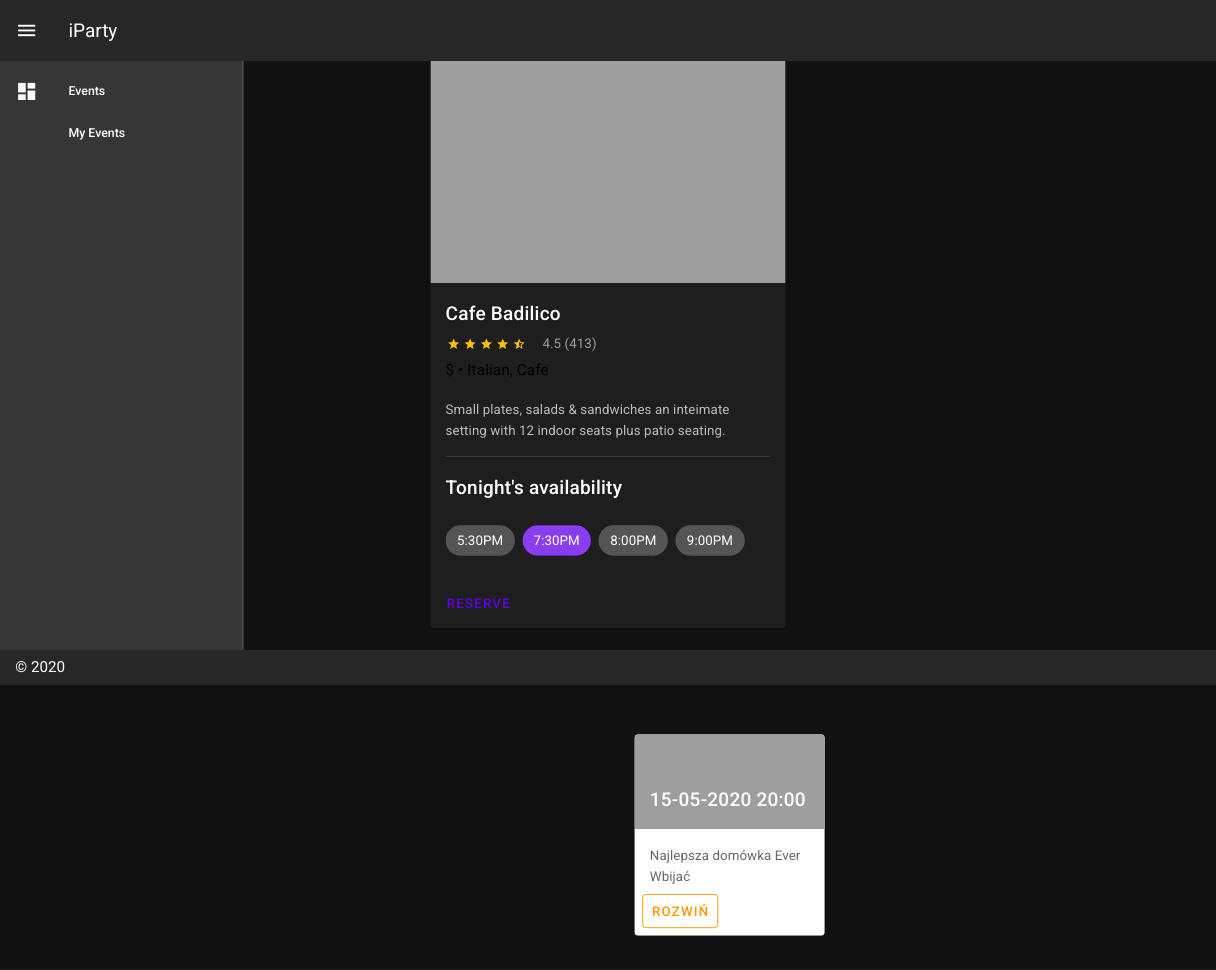
Repository: hexanek/partyapp
Page: /, after clicking the first element matching `button.v-btn--outlined`
An editor plug-in stored every save of this project. The page is shown before and after the next save, followed by the edit.
The browser window is 1280 px wide. The pictures show the whole page, at 95% of full size.
Pictures or frames that could not be fetched are drawn as grey boxes. The project was rebuilt for these pictures with package versions that can differ from the ones it lists, and the page was loaded fresh each time. Also part of the build but not shown: vue.config.js.

Above is the page before, as saved 2020-01-24 20:49:50.

### public/index.html
<!DOCTYPE html>
<html lang="en">
  <head>
    <meta charset="utf-8">
    <meta http-equiv="X-UA-Compatible" content="IE=edge">
    <meta name="viewport" content="width=device-width,initial-scale=1.0">
    <link rel="icon" href="<%= BASE_URL %>favicon.ico">
    <title>party-app</title>
    <link rel="stylesheet" href="https://fonts.googleapis.com/css?family=Roboto:100,300,400,500,700,900">
    <link rel="stylesheet" href="https://cdn.jsdelivr.net/npm/@mdi/font@latest/css/materialdesignicons.min.css">
  </head>
  <body>
    <noscript>
      <strong>We're sorry but party-app doesn't work properly without JavaScript enabled. Please enable it to continue.</strong>
    </noscript>
    <div id="app"></div>
    <!-- built files will be auto injected -->
  </body>
</html>

### src/main.js
import Vue from 'vue'
import App from './App.vue'
import vuetify from './plugins/vuetify';
import store from './store'
import router from './router'

Vue.config.productionTip = false

new Vue({
  vuetify,
  store,
  router,
  render: h => h(App)
}).$mount('#app')

### src/App.vue
<template>
  <v-app>
    <navbar></navbar>
    <popup-details
        v-if="details"
        ></popup-details>
    <v-content>
      <v-responsive>

      <gmap
      @clickshow = "showDetails"
      >
      </gmap>

      </v-responsive>
      </v-content>
    <Footer></Footer>
  </v-app>
</template>

<script>
import Navbar from "./components/Navbar";
import Footer from "./components/Footer";
import Gmap from "./components/Gmap";
import PopupDetails from "./components/PopupDetails";

export default {
  name: "App",

  components: {
    Navbar,
    Footer,
    Gmap,
    PopupDetails
  },

  data: () => ({
    details: false
    //
  }),
  methods: {
    showDetails: function() {
      this.details = !this.details;
    }
  }
};
</script>

### src/plugins/vuetify.js
import Vue from 'vue';
import Vuetify from 'vuetify/lib';
import VueRouter from 'vue-router'
import * as VueGoogleMaps from 'vue2-google-maps'


Vue.use(Vuetify);
Vue.use(VueRouter);
Vue.use(VueGoogleMaps, {
    load: {
        key: 'AIzaSyB6QzBesMB_MjqmuZF1p7hpCl8gg4kMEy8',
        libraries: 'places'
    }
})

export default new Vuetify({
    theme: {
        dark: true
    }
});

### src/router/index.js
import Vue from 'vue'
import VueRouter from 'vue-router'


Vue.use(VueRouter)

const routes = [
  {
    path: '/',
    name: 'home',

  },
  {
    path: '/about',
    name: 'about',
    // route level code-splitting
    // this generates a separate chunk (about.[hash].js) for this route
    // which is lazy-loaded when the route is visited.
    //component: () => import(/* webpackChunkName: "about" */ '../views/About.vue')
  }
]

const router = new VueRouter({
  routes
})

export default router

### src/components/Navbar.vue
<template>
    <div>
        <v-navigation-drawer
      v-model="drawer"
      app
      clipped
    >
      <v-list dense>
        <v-list-item link>
          <v-list-item-action>
            <v-icon>mdi-view-dashboard</v-icon>
          </v-list-item-action>
          <v-list-item-content>
            <v-list-item-title>Events</v-list-item-title>
          </v-list-item-content>
        </v-list-item>
        <v-list-item link>
          <v-list-item-action>
            <v-icon>mdi-settings</v-icon>
          </v-list-item-action>
          <v-list-item-content>
            <v-list-item-title>My Events</v-list-item-title>
          </v-list-item-content>
        </v-list-item>
      </v-list>
    </v-navigation-drawer>
     <v-app-bar
      flat
      app
      clipped-left
    >
      <v-app-bar-nav-icon @click.stop="drawer = !drawer" />
      <v-toolbar-title>iParty</v-toolbar-title>

    </v-app-bar>
    </div>
</template>

<script>
export default {
  name: "Navbar",
  data: () => ({
    drawer: null
  })
};
</script>

<style lang="scss" scoped>
</style>

### src/components/Footer.vue
<template>
    <div>
        <v-footer app>
            <span>&copy; 2020</span>
        </v-footer>
    </div>
</template>

<script>
    export default {
        name: 'Footer',

        data: () => ({

        })
    }
</script>

<style lang="scss" scoped>

</style>

### src/components/Gmap.vue
<template>
  <div>
    <GmapMap
      :center="start"
      :zoom="10"
      map-type-id="roadmap"
      style="width: 100vw; height: 90vh"
      v-bind:options="mapStyle"
    >
      <gmap-info-window
        :options="infoOptions"
        :position="infoPosition"
        :opened="infoOpened"
        @closeclick="infoOpened = false"
      >
       <popup
       @clickshow="showdetails"
       ></popup>
      </gmap-info-window>
      <GmapMarker
        :key="key"
        v-for="(item, key) in coordinates"
        :position="getPosition(item)"
        :clickable="true"
        @click="toggleInfo(item, key)"
      />
    </GmapMap>
    <!-- <popup-details
    v-if="this.details"
    ></popup-details> -->
  </div>
</template>

<script>
import Popup from "./Popup";

export default {
  name: "Gmap",
  components: {
    Popup
  },
  data: () => ({
    start: {
      lat: 54.51889,
      lng: 18.53188
    },
    coordinates: {
      0: {
        party: "Domowka",
        lat: 54.291,
        lng: 18.341
      },
      1: {
        party: "Klub",
        lat: 54.111,
        lng: 18.1
      }
    },
    infoPosition: null,
    infoContent: null,
    infoOpened: false,
    infoCurrentKey: null,
    infoOptions: {
      pixelOffset: {
        width: 0,
        height: -35
      }
    },
    mapStyle: {
      styles: [
        { elementType: "geometry", stylers: [{ color: "#242f3e" }] },
        { elementType: "labels.text.stroke", stylers: [{ color: "#242f3e" }] },
        { elementType: "labels.text.fill", stylers: [{ color: "#746855" }] },
        {
          featureType: "administrative.locality",
          elementType: "labels.text.fill",
          stylers: [{ color: "#d59563" }]
        },
        {
          featureType: "poi",
          elementType: "labels.text.fill",
          stylers: [{ color: "#d59563" }]
        },
        {
          featureType: "poi.park",
          elementType: "geometry",
          stylers: [{ color: "#263c3f" }]
        },
        {
          featureType: "poi.park",
          elementType: "labels.text.fill",
          stylers: [{ color: "#6b9a76" }]
        },
        {
          featureType: "road",
          elementType: "geometry",
          stylers: [{ color: "#38414e" }]
        },
        {
          featureType: "road",
          elementType: "geometry.stroke",
          stylers: [{ color: "#212a37" }]
        },
        {
          featureType: "road",
          elementType: "labels.text.fill",
          stylers: [{ color: "#9ca5b3" }]
        },
        {
          featureType: "road.highway",
          elementType: "geometry",
          stylers: [{ color: "#746855" }]
        },
        {
          featureType: "road.highway",
          elementType: "geometry.stroke",
          stylers: [{ color: "#1f2835" }]
        },
        {
          featureType: "road.highway",
          elementType: "labels.text.fill",
          stylers: [{ color: "#f3d19c" }]
        },
        {
          featureType: "transit",
          elementType: "geometry",
          stylers: [{ color: "#2f3948" }]
        },
        {
          featureType: "transit.station",
          elementType: "labels.text.fill",
          stylers: [{ color: "#d59563" }]
        },
        {
          featureType: "water",
          elementType: "geometry",
          stylers: [{ color: "#17263c" }]
        },
        {
          featureType: "water",
          elementType: "labels.text.fill",
          stylers: [{ color: "#515c6d" }]
        },
        {
          featureType: "water",
          elementType: "labels.text.stroke",
          stylers: [{ color: "#17263c" }]
        }
      ]
    }
  }),
  methods: {
    getPosition: function(marker) {
      return {
        lat: parseFloat(marker.lat),
        lng: parseFloat(marker.lng)
      };
    },
    toggleInfo: function(marker, key) {
      this.infoPosition = this.getPosition(marker);
      this.infoContent = marker.party;
      if (this.infoCurrentKey === key) {
        this.infoOpened = !this.infoOpened;
      } else {
        this.infoOpened = true;
        this.infoCurrentKey = key;
      }
    },
    showdetails: function() {
      this.$emit("clickshow");
    }
  }
};
</script>

<style lang="scss" scoped></style>

### src/components/PopupDetails.vue
<template>
    <div>
        <v-card
    :loading="loading"
    class="mx-auto my-12 pos"
    max-width="374"
  >
    <v-img
      height="250"
      src="https://cdn.vuetifyjs.com/images/cards/cooking.png"
    ></v-img>

    <v-card-title>Cafe Badilico</v-card-title>

    <v-card-text>
      <v-row
        align="center"
        class="mx-0"
      >
        <v-rating
          :value="4.5"
          color="amber"
          dense
          half-increments
          readonly
          size="14"
        ></v-rating>

        <div class="grey--text ml-4">4.5 (413)</div>
      </v-row>

      <div class="my-4 subtitle-1 black--text">
        $ • Italian, Cafe
      </div>

      <div>Small plates, salads & sandwiches an inteimate setting with 12 indoor seats plus patio seating.</div>
    </v-card-text>

    <v-divider class="mx-4"></v-divider>

    <v-card-title>Tonight's availability</v-card-title>

    <v-card-text>
      <v-chip-group
        v-model="selection"
        active-class="deep-purple accent-4 white--text"
        column
      >
        <v-chip>5:30PM</v-chip>

        <v-chip>7:30PM</v-chip>

        <v-chip>8:00PM</v-chip>

        <v-chip>9:00PM</v-chip>
      </v-chip-group>
    </v-card-text>

    <v-card-actions>
      <v-btn
        color="deep-purple accent-4"
        text
        @click="reserve"
      >
        Reserve
      </v-btn>
    </v-card-actions>
  </v-card>
    </div>
</template>

<script>
export default {
  name: "PopupDetails",

  data: () => ({
    loading: false,
    selection: 1
  }),
  methods: {
    reserve: function() {
      this.loading = true;
      setTimeout(() => (this.loading = false), 2000);
    }
  }
};
</script>

<style lang="scss" scoped>
.pos ::-ms-ticks-after {
  position: absolute;
}
</style>

### src/components/Popup.vue
<template>
    <div>
        <v-card
    class="mx-auto"
    max-width="200"
    light

  >
    <v-img
      class="white--text align-end"
      height="100px"
      src="https://cdn.vuetifyjs.com/images/cards/docks.jpg"
    >
      <v-card-title>15-05-2020 20:00</v-card-title>
    </v-img>

    <v-card-subtitle class="pb-0">Najlepsza domówka Ever</v-card-subtitle>

    <v-card-text class="pb-0">
      <div>Wbijać</div>

    </v-card-text>

    <v-card-actions>
      <v-btn
        color="orange"
        outlined
        center
        @click="showdetails"

      >
        Rozwiń
      </v-btn>
    </v-card-actions>
  </v-card>
    </div>
</template>

<script>
export default {
  name: "Popup",
  components: {},
  data: () => ({
    return: {}
  }),
  methods: {
    showdetails: function() {
      this.$emit("clickshow");
    }
  }
};
</script>

<style lang="scss" scoped>
</style>

Loaded but not shown: src/store/index.js (common file)

After the next save:
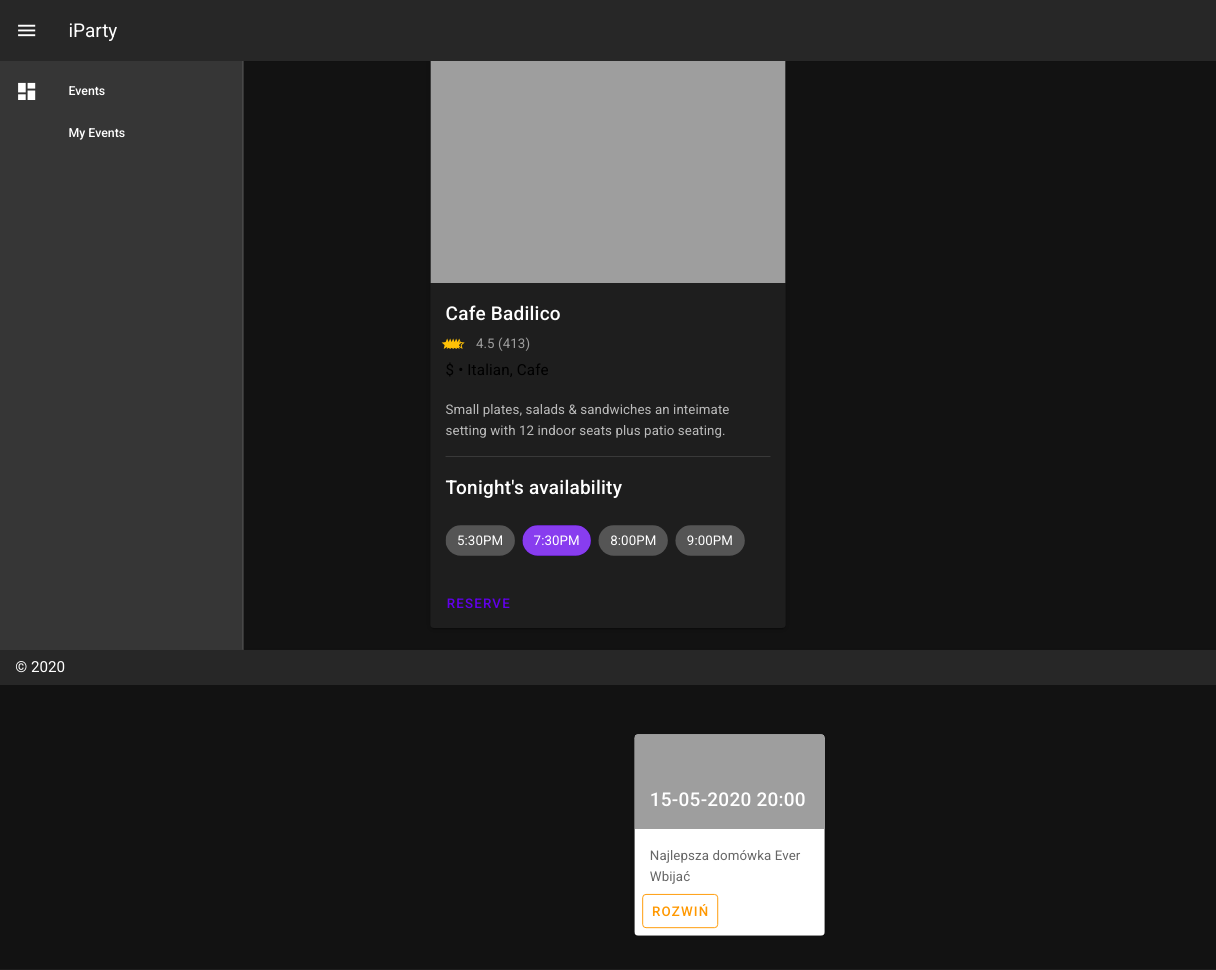
Saved 30 s later.
--- a/src/components/PopupDetails.vue
+++ b/src/components/PopupDetails.vue
@@ -87,7 +87,7 @@ export default {
 </script>
 
 <style lang="scss" scoped>
-.pos ::-ms-ticks-after {
+.pos ::before {
   position: absolute;
 }
 </style>
